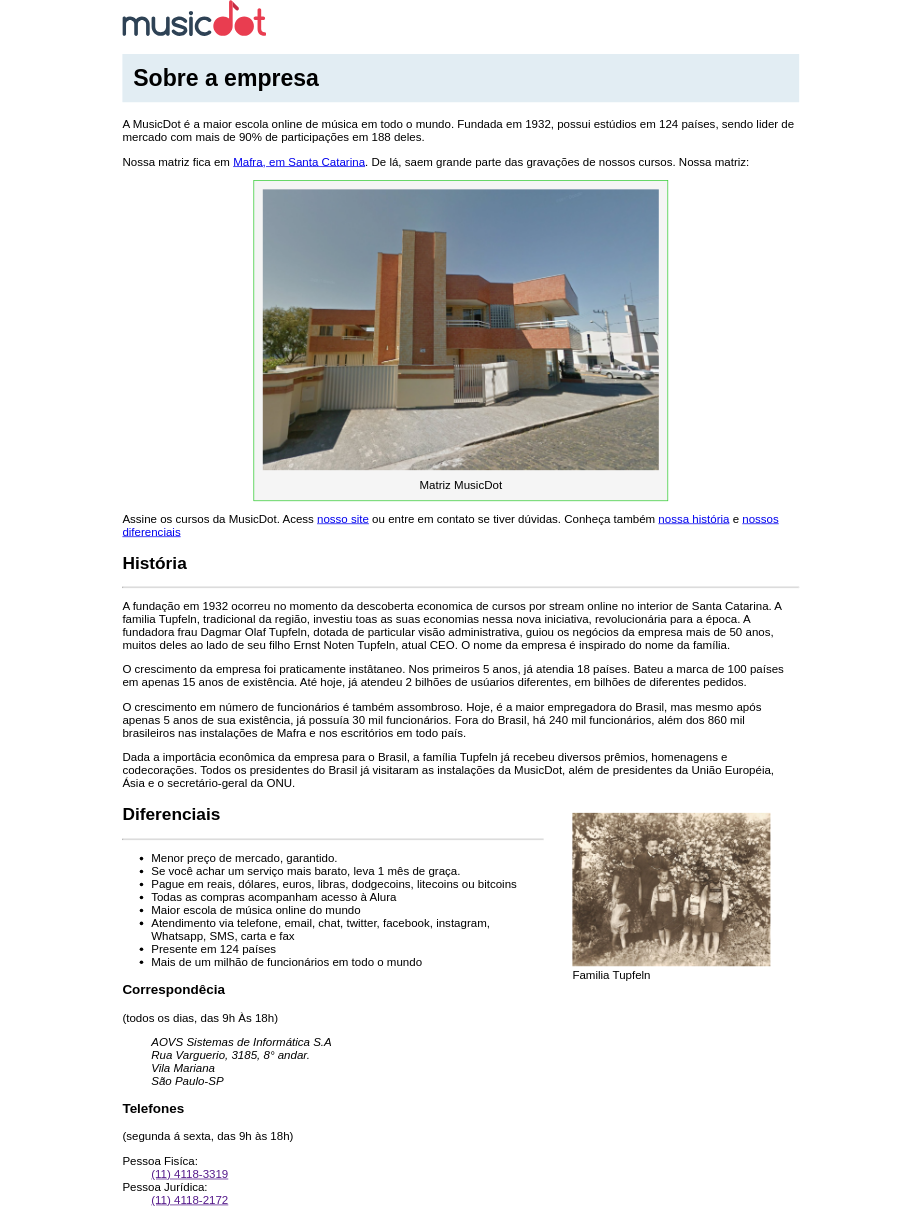
Repository: EmanuelUrbano/introducao_a_tecnologias
Page: 05_04_22/trabalho/projeto-musicdot/sobre.html
An editor plug-in stored every save of this project. The page is shown before and after the next save, followed by the edit.
The browser window is 1280 px wide. The pictures show the whole page, at 72% of full size.

Above is the page before, as saved 2022-05-23 17:42:16.

### 05_04_22/trabalho/projeto-musicdot/sobre.html
<!DOCTYPE html>
<html lang="en">
<head>
    <meta charset="UTF-8">
    <link rel="stylesheet" href="sobre.css">
    <!--icone titulo-->
    <link rel="shortcut icon" href="img/img/favicon.ico" type="image/x-icon">
    <title>Trabalho - musicdot</title>
</head>
<body>

    <!--logo ocupando linja intera-->
    <img src="img/img/logo.svg" alt="♪MusicDot">
    <!--titulo da pagina(seção)-->
    <main>
        <h1>Sobre a empresa</h1>
        <!--paragrafo (usar link)-->
        <p>
            A MusicDot é a maior escola online de música em todo o mundo. Fundada em 1932, possui estúdios em 124 países, sendo lider de
            mercado com mais de 90% de participações em 188 deles.
        </p>
        <p>
            Nossa matriz fica em <a href="http://maps.google.com.br/?q=190,GabrielDequech,Mafra,SC">Mafra, em Santa Catarina</a>. De lá, saem grande parte das gravações de nossos cursos. Nossa matriz:
        </p>
        <!--imagem (usar figure e figurecaption)-->
        <figure>
            <img src="img/img/matriz-musicdot.png" alt="imagem da matriz">
            <figurecaption>Matriz MusicDot</figurecaption>
        </figure>
        <!--paragrafo (usar link)-->
        <p>
            Assine os cursos da MusicDot. Acess <a href="#">nosso site</a> ou entre em contato se tiver dúvidas. Conheça também <a href="#nossa_historia">nossa história</a> e <a href="#nossos_direnciais">nossos diferenciais</a>
        </p>
    </main>
    <section>
        <!--titulo linha inteira-->
        <h2>História</h2>
        <!--Linha acho hr-->
        <hr>
        <!--texto com imagem do lado(usar figure e figurecaption)-->
        <p>
            A fundação em 1932 ocorreu no momento da descoberta economica
            de cursos por stream online no interior de Santa Catarina.
            A familia Tupfeln, tradicional da região, investiu toas as suas economias nessa nova iniciativa, revolucionária para a época. A fundadora frau Dagmar Olaf Tupfeln, dotada de particular visão administrativa, guiou os negócios da empresa mais de 50 anos, muitos deles ao lado de seu filho Ernst Noten Tupfeln, atual CEO.
            O nome da empresa é inspirado do nome da família.
        </p>
        <p>
            O crescimento da empresa foi
            praticamente instâtaneo.
            Nos primeiros 5 anos, já atendia 18 países.
            Bateu a marca de 100 países em apenas 15 anos de existência.
            Até hoje, já atendeu 2 bilhões de usúarios diferentes,
            em bilhões de diferentes pedidos.
        </p>
        <p>
            O crescimento em número de funcionários é também assombroso.
            Hoje, é a maior empregadora do Brasil, mas mesmo após apenas 5 anos
            de sua existência, já possuía 30 mil funcionários. Fora do Brasil,
            há 240 mil funcionários,  além dos 860 mil brasileiros nas instalações
            de Mafra  e nos escritórios em todo país.
        </p>
        <p>
            Dada a importâcia econômica da empresa para o Brasil, a
            família Tupfeln já recebeu diversos prêmios, homenagens e codecorações.
            Todos os presidentes do Brasil já visitaram as instalações da MusicDot,
            além de presidentes da União Européia, Ásia e o secretário-geral da ONU.
        </p>
        <figure id="familia_tupfeln">
            <img src="img\img\familia-tupfeln.jpg" alt="familia-tupfeln">
            <figcaption>Familia Tupfeln</figcaption>
        </figure>
    </section>
    <section>
        <!--titulo linha inteira-->
        <h2>Diferenciais</h2>
        <!--Linha acho hr-->
        <hr>
        <!--lista-->
        <ul>
            <li>Menor preço de mercado, garantido.</li>
            <li>Se você achar um serviço mais barato, leva 1 mês de graça.</li>
            <li>Pague em reais, dólares, euros, libras, dodgecoins, litecoins ou bitcoins</li>
            <li>Todas as compras acompanham acesso à Alura</li>
            <li>Maior escola de música online do mundo</li>
            <li>Atendimento via telefone, email, chat, twitter, facebook, instagram, Whatsapp, SMS, carta e fax</li>
            <li>Presente em 124 países</li>
            <li>Mais de um milhão de funcionários em todo o mundo</li>
        </ul>
    </section>
    <section>
        <!--titulo da pagina(seção)-->
        <h3>
            <!--texto forte-->
            Correspondêcia
        </h3>
        <!--texto parenteses horario-->
        <p>(todos os dias, das 9h Às 18h)</p>
        <!--paragrafo em italico mais ao lado(lista)-->
        <em>
            <dl>
                <dd>
                    AOVS Sistemas de Informática S.A
                </dd>
                <dd>
                    Rua Varguerio, 3185, 8° andar.
                </dd>
                <dd>
                    Vila Mariana
                </dd>
                <dd>São Paulo-SP</dd>
            </dl>
        </em>
        <!--texto forte-->
        <h3>
            Telefones
        </h3>
        <!--texto parenteses horario-->

        <p>(segunda á sexta, das 9h às 18h)</p>
        <!--Lista -->
        <dl>

            <dt>
                Pessoa Fisíca:
            </dt>
            <dd>
                <a href="">
                    (11) 4118-3319
                </a>
            </dd>

            <dt>
                Pessoa Jurídica:
            </dt>
            <dd>
                <a href="">
                    (11) 4118-2172
                </a>
            </dd>

        </dl>
    </section>
</body>
</html>

### 05_04_22/trabalho/projeto-musicdot/sobre.css


body{
    font-family: Arial, Helvetica, sans-serif;
    width: 940px;
    margin: 0 auto;
}

main>h1{
    background-color: rgb(226,237,243);
    padding: 15px;
}
main>figure{
    width: 550px;
    border: solid limegreen 1px;
    background-color: rgb(245,245,245);
    padding: 12px;
    margin: 0 auto;
    text-align: center;
}

main>figure>img{
   width: 550px;
   padding-bottom: 8px;
}

main>figure>figurecaption{
    text-align: center;
}

figure#familia_tupfeln{
    float: right;
    width: 275px;
}

img[alt="familia-tupfeln"]{
    width: 100%;
}

After the next save:
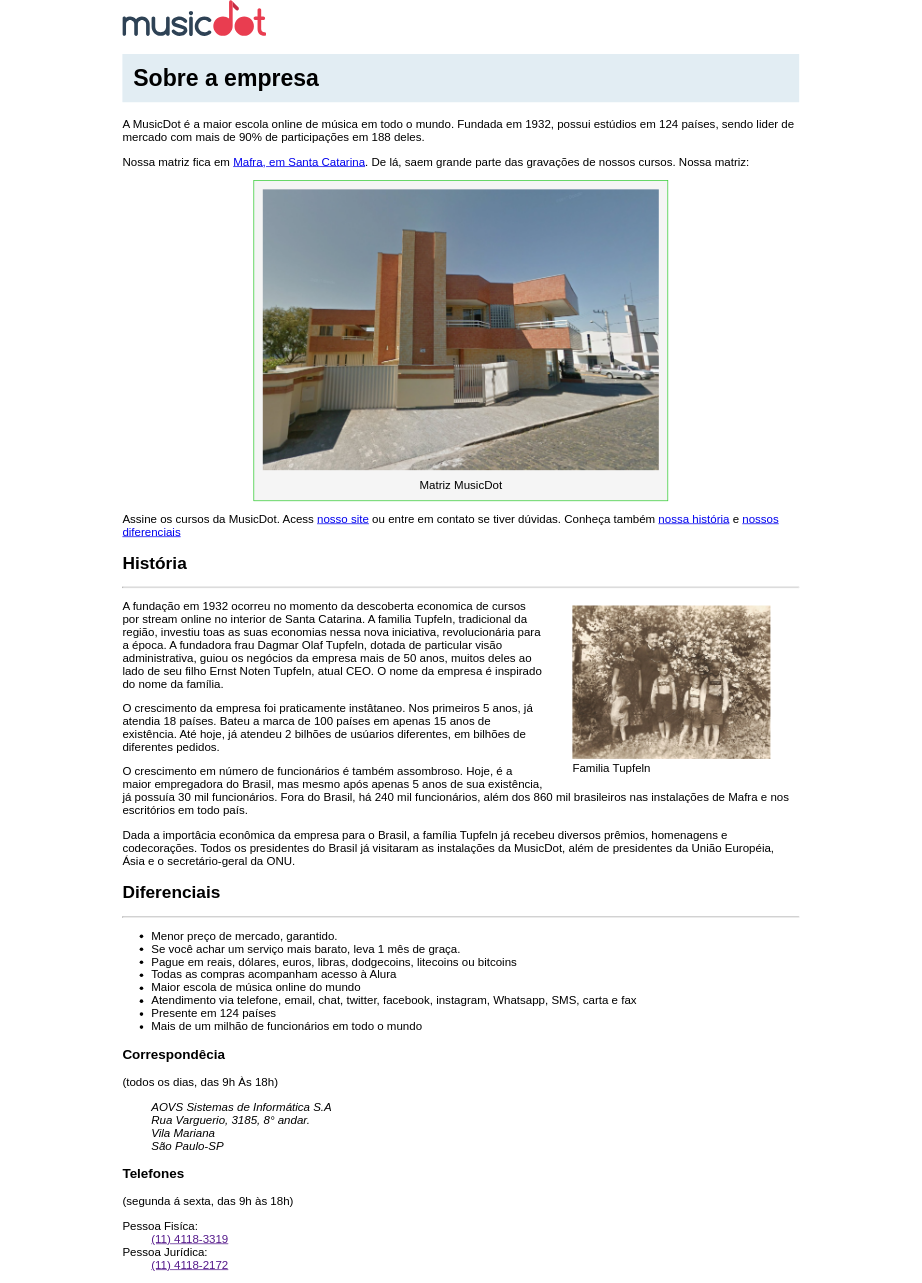
Saved 40 s later.
--- a/05_04_22/trabalho/projeto-musicdot/sobre.html
+++ b/05_04_22/trabalho/projeto-musicdot/sobre.html
@@ -38,6 +38,10 @@
         <!--Linha acho hr-->
         <hr>
         <!--texto com imagem do lado(usar figure e figurecaption)-->
+        <figure id="familia_tupfeln">
+            <img src="img\img\familia-tupfeln.jpg" alt="familia-tupfeln">
+            <figcaption>Familia Tupfeln</figcaption>
+        </figure>
         <p>
             A fundação em 1932 ocorreu no momento da descoberta economica
             de cursos por stream online no interior de Santa Catarina.
@@ -65,10 +69,6 @@
             Todos os presidentes do Brasil já visitaram as instalações da MusicDot,
             além de presidentes da União Européia, Ásia e o secretário-geral da ONU.
         </p>
-        <figure id="familia_tupfeln">
-            <img src="img\img\familia-tupfeln.jpg" alt="familia-tupfeln">
-            <figcaption>Familia Tupfeln</figcaption>
-        </figure>
     </section>
     <section>
         <!--titulo linha inteira-->
